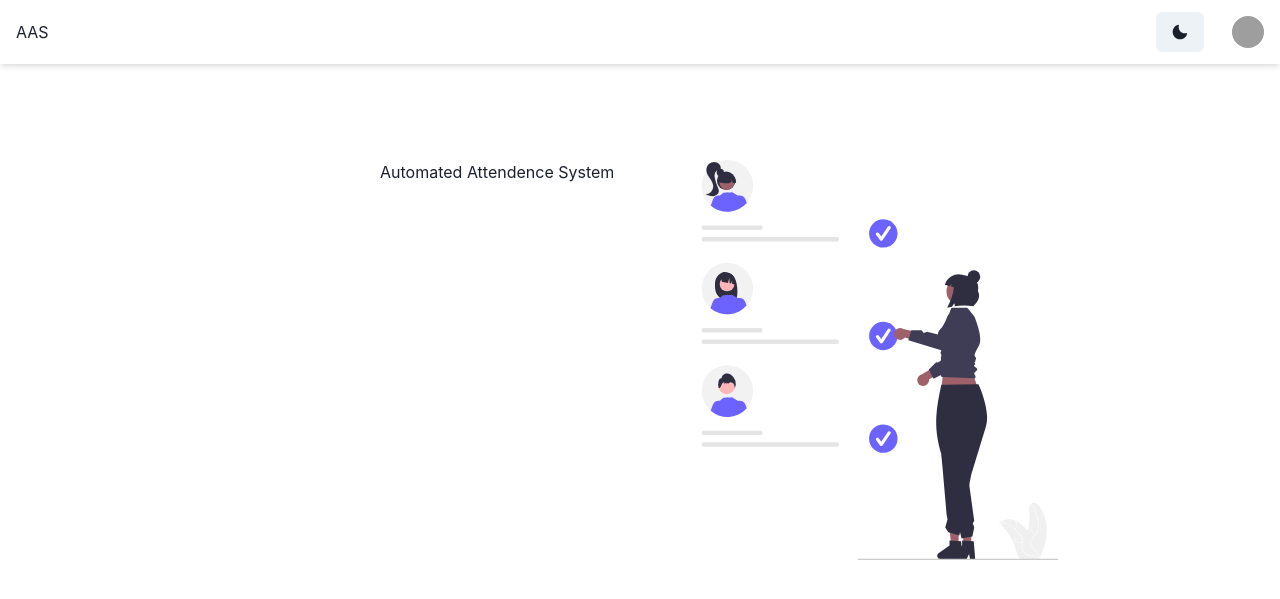
Repository: shash0708/attendence
Page: /
An editor plug-in stored every save of this project. The page is shown before and after a run of saves, followed by the edit.
The browser window is 1280 px wide. The pictures show the whole page.
Pictures or frames that could not be fetched are drawn as grey boxes. The project was rebuilt for these pictures with package versions that can differ from the ones it lists, and the page was loaded fresh each time. Also part of the build but not shown: src/App.css, src/components/Login/Login.component.jsx, src/components/Signup/Signup.component.jsx, src/routes/Authentication/Authentication.component.jsx.

Above is the page before, as saved 2024-04-06 19:47:20.

### src/index.js
import React from 'react';
import ReactDOM from 'react-dom/client';
import './index.css';
import App from './App';
import reportWebVitals from './reportWebVitals';
import { BrowserRouter } from 'react-router-dom';
import { ChakraProvider } from '@chakra-ui/react'

const root = ReactDOM.createRoot(document.getElementById('root'));
root.render(
  <React.StrictMode>
  <BrowserRouter>
<ChakraProvider>
    <App />
    </ChakraProvider>
    </BrowserRouter>

  </React.StrictMode>
);

// If you want to start measuring performance in your app, pass a function
// to log results (for example: reportWebVitals(console.log))
// or send to an analytics endpoint. Learn more: https://bit.ly/CRA-vitals
reportWebVitals();

### src/App.js
import './App.css';
import Home from './routes/Home/Home.component.jsx'
import { Routes,Route} from 'react-router-dom';
import Authentication from './routes/Authentication/Authentication.component';

function App() {
  return (
    <Routes>
    <Route index element={<Home/>}/>

    <Route path='auth' element={<Authentication/>}/>

    </Routes>
  );
}

export default App;

### src/routes/Home/Home.component.jsx
import React from 'react'
import { Outlet } from 'react-router-dom';
import Nav from '../../components/Navbar/Navbar.component';
import HomeProp from '../../components/homeProp/HomeProp.component';
const Home  = () => {
  return (
    <div>
       <Nav/>
       <HomeProp />
       <Outlet/>
    </div>
  )
}

export  default Home;

### client/src/components/Navbar/Navbar.component.jsx
'use client'

import {
  Box,
  Flex,
  Avatar,
  Text,
  Button,
  Menu,
  MenuButton,
  MenuList,
  MenuItem,
  MenuDivider,
  useDisclosure,
  useColorModeValue,
  Stack,
  useColorMode,
  Center,
} from '@chakra-ui/react'
import { MoonIcon, SunIcon } from '@chakra-ui/icons'
import { Link, Outlet } from 'react-router-dom';

const NavLink = (props) => {
  const { children } = props

  return (
    <Box
      as="a"
      px={2}
      py={1}
      rounded={'md'}
      _hover={{
        textDecoration: 'none',
        bg: useColorModeValue('gray.200', 'gray.700'),
      }}
      href={'#'}>
      {children}
    </Box>
  )
}

export default function Nav() {
  const { colorMode, toggleColorMode } = useColorMode();
  const { isOpen, onOpen, onClose } = useDisclosure();
  return (
    <div>
      <Box

        px={4}
        shadow="md"
        style={{ backdropFilter: 'blur(10px)' }} // Adds blur effect to the background
      >
        <Flex h={16} alignItems={'center'} justifyContent={'space-between'}>
          <Box>
          <Link to="/">AAS</Link>

          </Box>

          <Flex alignItems={'center'}>
            <Stack direction={'row'} spacing={7}>
              <Button onClick={toggleColorMode}>
                {colorMode === 'light' ? <MoonIcon /> : <SunIcon />}
              </Button>

              <Menu>
                <MenuButton
                  as={Button}
                  rounded={'full'}
                  variant={'link'}
                  cursor={'pointer'}
                  minW={0}>
                  <Avatar
                    size={'sm'}
                    src={'https://avatars.dicebear.com/api/male/username.svg'}
                  />
                </MenuButton>
                <MenuList alignItems={'center'} shadow="lg">
                  <br />
                  <Center>
                    <Avatar
                      size={'2xl'}
                      src={'https://avatars.dicebear.com/api/male/username.svg'}
                    />
                  </Center>
                  <br />
                  <Center>
                    <p>Username</p>
                  </Center>
                  <br />
                  <MenuDivider />
                  <MenuItem>Your Servers</MenuItem>
                  <MenuItem>Account Settings</MenuItem>
                  <MenuItem>Logout</MenuItem>
                </MenuList>
              </Menu>
            </Stack>
          </Flex>
        </Flex>
      </Box>
      <Outlet />
    </div>
  );
}

### src/components/homeProp/HomeProp.component.jsx
import React, { Fragment } from 'react'
import { ReactComponent as HomeLogo } from '../../assests/home.svg'
import './HomeProp.styles.scss';
const HomeProp= () => {
  return (
    <Fragment>
<div className='text'>
    <h1>Automated Attendence  System</h1>
    </div>
      <HomeLogo className='home-prop'/>
    </Fragment>
  )
}

export default HomeProp;

### src/components/homeProp/HomeProp.styles.scss
// Use variables to style your logo
.home-prop{
  width: 1000px;
  height: 400px;  // Add other styling properties as needed
  position: fixed;
  top: 50%; // Adjust as needed
  right: -100px; // Adjust as needed
  transform: translateY(-50%);
}

.text{
  width: 1000px;
  height: 400px;  // Add other styling properties as needed
  position: fixed;
  top: 50%; // Adjust as needed
  right: -100px; // Adjust as needed
  transform: translateY(-50%);
}

Loaded but not shown: public/index.html (common file); src/index.css (common file); src/reportWebVitals.js (common file)

After the next 2 saves:
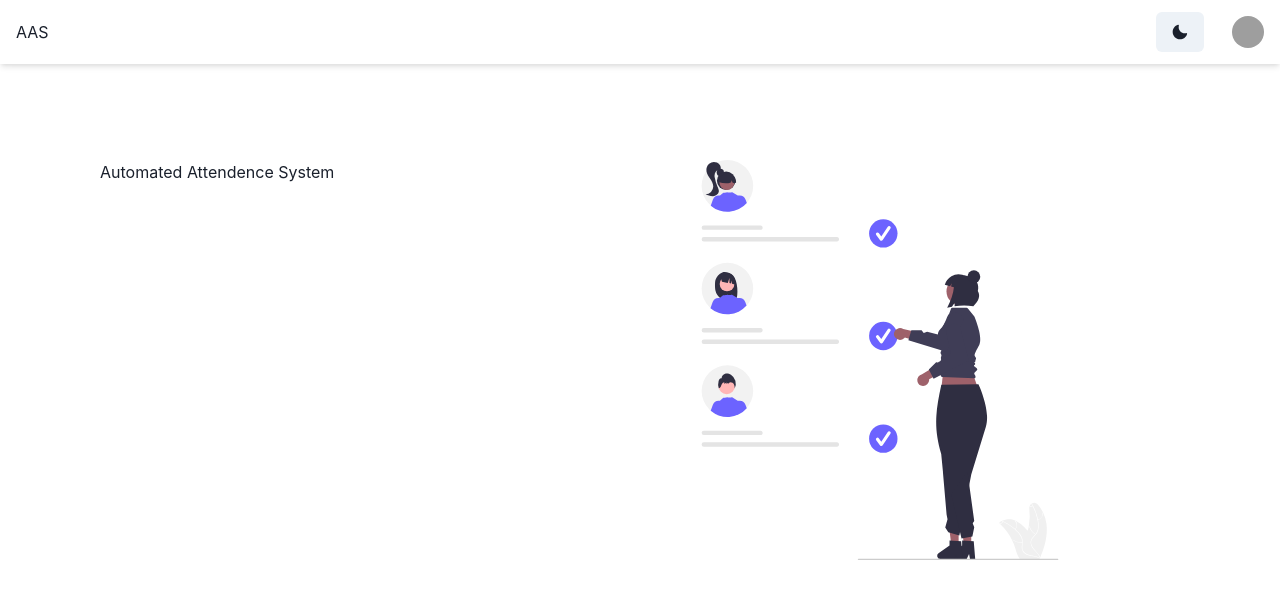
The 2 saves are shown as one change because they came seconds apart.
The last was saved 6 s later.
--- a/src/components/homeProp/HomeProp.styles.scss
+++ b/src/components/homeProp/HomeProp.styles.scss
@@ -13,6 +13,6 @@
   height: 400px;  // Add other styling properties as needed
   position: fixed;
   top: 50%; // Adjust as needed
-  right: -100px; // Adjust as needed
+  left: 100px; // Adjust as needed
   transform: translateY(-50%);
 }
